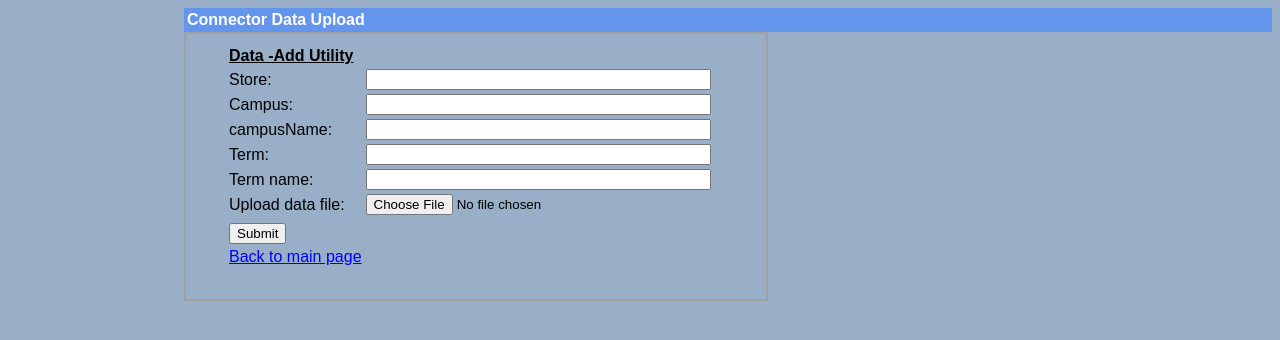
Repository: caditya/Dataupload
Page: http://localhost/connectordata/WEB-INF/views/datainput.jsp
The author's editor kept a copy of each file at every save. The page is drawn from the files as they stood at one save, then again after the next save.
The browser window is 1280 px wide. The pictures show the whole page.
Some web libraries are served in a nearby version. The page is served by Tomcat 9. Nobody is signed in. The template is opened directly, without the code that normally fills it, so the values that code supplies are empty.

Above is the page before, as saved 2014-07-21 19:44:11.

After the next save:
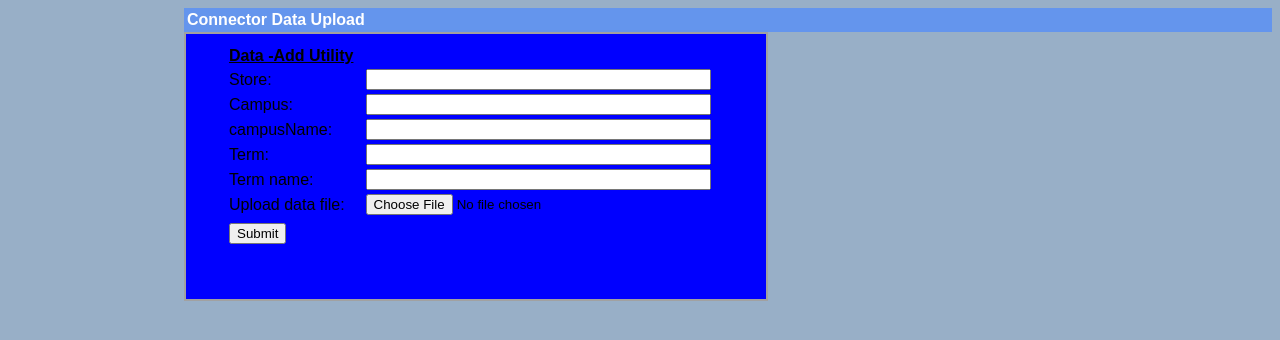
Saved 19 s later.
--- a/QAFileUpload/connectordata/src/main/webapp/resources/css/coffee.css
+++ b/QAFileUpload/connectordata/src/main/webapp/resources/css/coffee.css
@@ -109,7 +109,7 @@ body.loading .modal {
 div {
     border: 2px solid #a1a1a1;
     padding: 10px 40px;
-
+    background: blue;
     width: 500px;
 
 }
